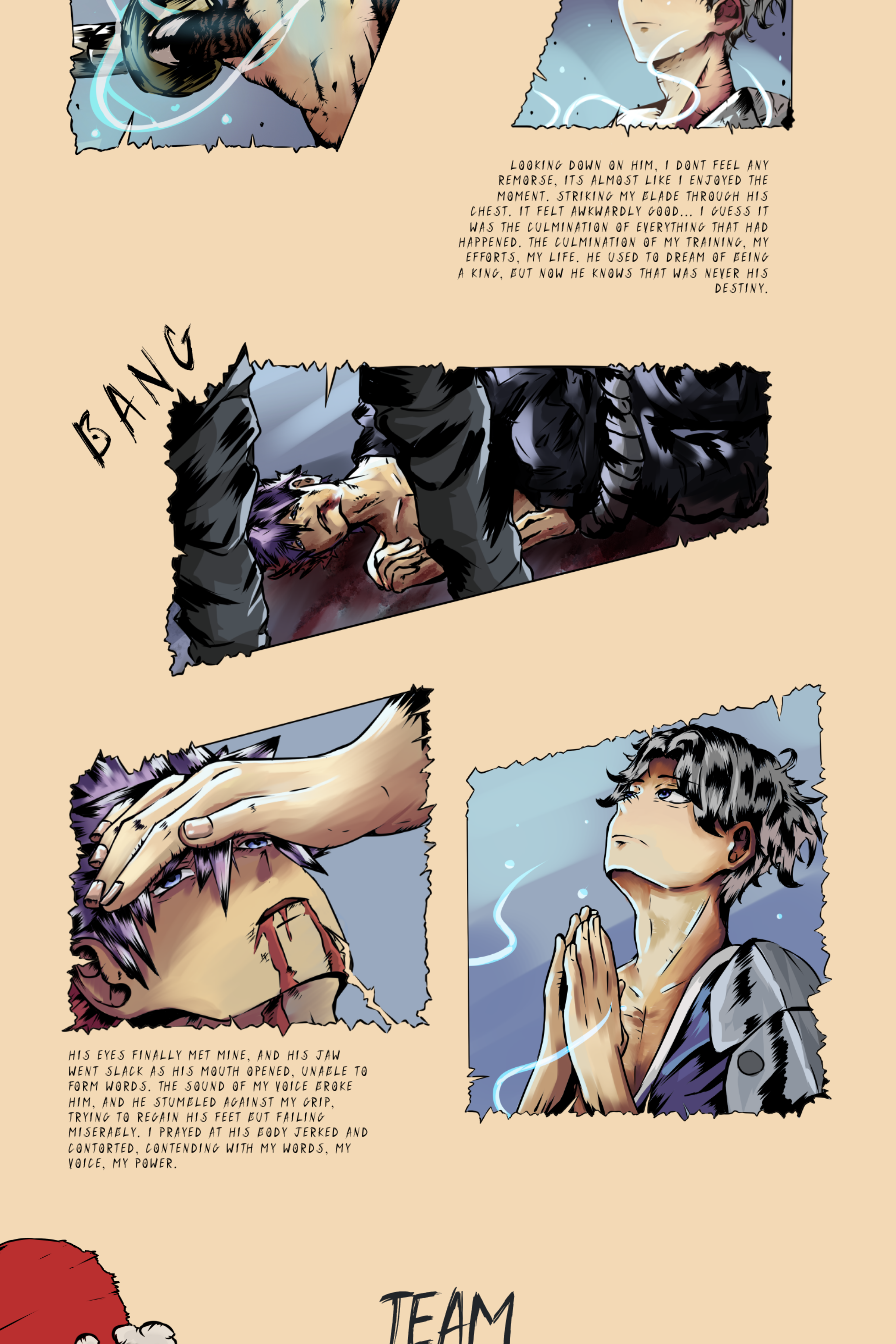
Repository: abzStudio/Kabuto-Web-notCompeleted
Page: index.html
These files come from the project's save history. The page is drawn as it stood at one moment and after the next save; the edit follows.
The browser window is 1280 px wide. The pictures show the part of the page from y = 1304 to 3224 px (the page is 4719 px tall before and 4741 px after), at 70% of full size.
Some web libraries are served in a nearby version.

Above is the page before, as saved 2023-03-16 03:03:28.

### index.html
<!doctype html>
<html lang="en">
  <head>
    <meta charset="utf-8">
    <meta name="viewport" content="width=device-width, initial-scale=1">
    <title>kabuto</title>
    <link rel="icon" type="image/x-icon" href="asset/images/favicon.ico">
    <link rel="stylesheet" href="asset/style.css">
    <link href="https://cdn.jsdelivr.net/npm/bootstrap@5.2.3/dist/css/bootstrap.min.css" rel="stylesheet" integrity="sha384-rbsA2VBKQhggwzxH7pPCaAqO46MgnOM80zW1RWuH61DGLwZJEdK2Kadq2F9CUG65" crossorigin="anonymous">
  <meta http-equiv="Content-Security-Policy" content="block-all-mixed-content">
  </head>

  <body><script src="https://code.jquery.com/jquery-1.10.1.min.js"></script>

    <script src="https://cdn.jsdelivr.net/npm/bootstrap@5.2.3/dist/js/bootstrap.bundle.min.js" integrity="sha384-kenU1KFdBIe4zVF0s0G1M5b4hcpxyD9F7jL+jjXkk+Q2h455rYXK/7HAuoJl+0I4" crossorigin="anonymous"></script>
<!-- New Nav Bar -->
<button class="toggle-overlay menu-btn"></button>
<aside>
    <div class="outer-close toggle-overlay">
      <a class="close"><span></span></a>
    </div>

    <nav>
        <div id="pot">  <img src="asset/images/heroimage.png" class="menu_img fade-lefts" alt="cloud"></div>
        <div class="social_icons">
            <ul class="icons_ul">
               <li><a href= ""><img href= "" src="asset/images/icons/discord.png" class="iconset" alt="icon"></a></li>
              <li><a href= "https://twitter.com/KabutoNFT"><img src="asset/images/icons/twitter.png" class="iconset" alt="icon"></a></li>
          <!--
                <li><img href= "" src="asset/images/icons/opensea.png" class="iconset" alt="icon"></li>
                <li><img href= "" src="asset/images/icons/blur.png" class="iconset" alt="icon"></li>
                <li><img href= "" src="asset/images/icons/discord.png" class="iconset" alt="icon"></li>
                <li><img href= "" src="asset/images/icons/looks.png" class="iconset" alt="icon"></li>
                <li><img href= "" src="asset/images/icons/first.png" class="iconset" alt="icon"></li>
                <li><img href= "" src="asset/images/icons/twitter.png" class="iconset" alt="icon"></li>
                <li><img href= "" src="asset/images/icons/web.png" class="iconset" alt="icon"></li>
                <li><img href= "" src="asset/images/icons/x2y2.png" class="iconset" alt="icon"></li>
                <li><img href= "" src="asset/images/icons/etherscan.png" class="iconset" alt="icon"></li>   -->
            </ul>
        </div>
        <ul class="pointshead">
            <li><a class="js-anchor-link down" href="#story_section">- Story</a></li>
            <li><a class="js-anchor-link down" href="#team_section">- Team</a></li>
            <li><a class="js-anchor-link down" href="#">- Mint</a></li>
            <li><a class="js-anchor-link down" href="#footer_section">- Useful Links</a></li>
      </ul>
    </nav>
  </aside>
<!-- end -->

    <section class="hero-section sec_ani">
    <div class="container-fluid reveal">
        <div class="row">
            <div class="col-md-12 hero_col">
                <!-- <button type="button" class="btn btn-infos btn_custom">Utility</button> -->
            </div>
        </div>
    </div>
</section>
<section id="story_section" class="section_story text-center sec_ani">
    <div class="container-fluid">
        <div class="row reveal fade-top">
            <div class="col-md-4 iamge_ad">
                <img src="asset/images/cloud.png" class="cloud_c" alt="cloud">
            </div>
            <div class="col-md-4 story_col end_col">
                <h1 class="">Story</h1>
            </div>
            <div class="col-md-4 iamge_ad">
                <img src="asset/images/tree.png" class="tree_c" alt="trees">
            </div>
            </div>
            </div>
            <div class="container container_stry">
            <div class="row row_story_end reveal fade-bottom adj_row ">
            <div class="col-md-6 story_img">
                <img src="asset/images/story_1.png" alt="Story one">
            </div>
            <div class="col-md-6 story_img">
                <img src="asset/images/story_2.png" class="story_two" alt="Story two">
              <div class="div_text">
                          <p class="text_p"> Looking down on him, I dont feel any remorse, its almost like I enjoyed the moment. Striking my blade through his chest. It felt awkwardly good... I guess it was the culmination of everything that had happened. The culmination of my training, my efforts, my life.  He used to dream of being a king, but now he knows that was never his destiny.</p>
</div>
            </div>
        </div>
        <div class="row reveal fade-left" >
            <div class="col-md-12 story_img">
                <img src="asset/images/story_3.png" class="story_three" alt="Story three">
            </div>
            </div>
            <div class="row row_story_end reveal fade-right last_set">
                <div class="col-md-6 story_img">
                    <img src="asset/images/story_4.png" class="image_star" alt="Story four">
                    <div class="div_texts">
                        <p class="text_p">His eyes finally met mine, and his jaw went slack as his mouth opened, unable to form words. The sound of my voice broke him, and he stumbled against my grip, trying to regain his feet but failing miserably. I prayed at  his body jerked and contorted, contending with my words, my voice, my power.</p>
        </div>
                </div>
                <div class="col-md-6 story_img">
                    <img src="asset/images/story_5.png" alt="Story five">

                </div>
            </div>
    </div>
</section>
<section id="team_section" class="section_story text-center sec_ani">
    <div class="container-fluid reveal fade-bottom">
        <div class="row reveal fade-top">
            <div class="col-md-4 iamge_ad">
                <img src="asset/images/suncloud.png" class="cloud_c" alt="cloud">
            </div>
            <div class="col-md-4 story_col teamhead end_col">
                <h1 class="">Team</h1>
            </div>
            <div class="col-md-4 iamge_ad">
            </div>
            </div>
            <div class="row reveal fade-left">
              <div class="contan_images">
                <div class="box">
                  <div class="imgBx">
                    <img src="asset/images/Bileth.png">
                  </div>
                  <div class="content">
                    <div class="contentset">
                      <a href="https://twitter.com/bilethh" target="_blank" rel="noopener noreferrer">          <h2>Bileth</h2> </a>
                      <p>Founder</p>
                    </div>
                  </div>
                </div>
                <div class="box">
                  <div class="imgBx">
                    <img src="asset/images/Budguy.png">
                  </div>
                  <div class="content">
                    <div class="contentset">
                      <a href="https://twitter.com/TRomail" target="_blank" rel="noopener noreferrer">        <h2>Budguy</h2> </a>
                      <p>Co-Founder</p>
                    </div>
                  </div>
                </div>
                <div class="box">
               <div class="imgBx">
                 <img src="asset/images/smshayan.png">
                  </div>
                  <div class="content">
                    <div class="contentset">
                      <a href="https://twitter.com/smshayan_eth" target="_blank" rel="noopener noreferrer">   <h2>Smshayan</h2>  </a>
                      <p>Developer</p>
                    </p>
                    </div>
                  </div>
                </div>

              </div>
                </div>

            </div>



        </section>

      <section id="footer_section" class="section_story text-center sec_ani">
          <div class="container-fluid footer_head">
            <div class="row reveal">
              <div class="col-md-12 iamge_ad">
                  <img src="asset/images/cloudredbg.png" class="cloud_c" alt="cloud">
              </div>
            </div>
        </div>
        <div class="container-fluid footer_head section_footer">
              <div class="row">
                <div class="col-sm-12 col-md-12 col-lg-12">
                  <ul>
                    <li><a class="js-anchor-link" href="#story_section">- Story</a></li>
                    <li><a class="js-anchor-link" href="#team_section">- Team</a></li>
                    <li><a class="js-anchor-link" href="#">- Mint</a></li>
                    <li><a class="js-anchor-link" href="#">- Useful Links</a></li>
              </ul>
                </div>
              </div>
              <div class="row rowicon">
                <div class="col-sm-12 col-md-12 col-lg-12 fend">
                  <div class="social_icons iconmob">
                    <ul class="icons_ul">
                      <li><a href=""><img href= "" src="asset/images/icons/discord.png" class="iconset" alt="icon">
                     </a></li>
                      <li><a href="https://twitter.com/KabutoNFT"><img src="asset/images/icons/twitter.png" class="iconset" alt="icon">
                      </a></li>

                      <!--  <li><img href= "" src="asset/images/icons/opensea.png" class="iconset" alt="icon"></li>
                        <li><img href= "" src="asset/images/icons/blur.png" class="iconset" alt="icon"></li>
                        <li><img href= "" src="asset/images/icons/discord.png" class="iconset" alt="icon"></li>
                        <li><img href= "" src="asset/images/icons/looks.png" class="iconset" alt="icon"></li>
                        <li><img href= "" src="asset/images/icons/first.png" class="iconset" alt="icon"></li>
                        <li><img href= "" src="asset/images/icons/web.png" class="iconset" alt="icon"></li>
                        <li><img href= "" src="asset/images/icons/x2y2.png" class="iconset" alt="icon"></li>
                        <li><img href= "" src="asset/images/icons/etherscan.png" class="iconset" alt="icon"></li> -->
                    </ul>
                </div>

                </div>
              </div>

        </div>
      </section>
</body>

<div class="loader"> <h1>Loading...</h1></div>


<script>
 jQuery($ => {
  $(window).on('load', () => {
    setTimeout(() => {
      $('.loader').fadeOut('fast', function() {
        $(this).remove();
      });
    }, 3000);
  });
});
    function reveal() {
  var reveals = document.querySelectorAll(".reveal");

  for (var i = 0; i < reveals.length; i++) {
    var windowHeight = window.innerHeight;
    var elementTop = reveals[i].getBoundingClientRect().top;
    var elementVisible = 150;

    if (elementTop < windowHeight - elementVisible) {
      reveals[i].classList.add("active");
    } else {
      reveals[i].classList.remove("active");
    }
  }
}

window.addEventListener("scroll", reveal);
$('aside ul li a').on('click', function(){
    $("aside").hide();
    $("aside").removeClass("open");
     $("aside").addClass("open");

});
// $('.js-anchor-link').click(function(e){
//   e.preventDefault();

//   var target = $($(this).attr('href'));
//   if(target.length){
//     var scrollTo = target.offset().top;
//     $('body, html').animate({scrollTop: scrollTo+'px'}, 1000);
//   }
// });
$('.js-anchor-link').click(function(){
  var target = $($(this).attr('href'));
 if(target.length){
  var scrollTo = target.offset().top;
    $("html, body").animate({ scrollTop: scrollTo+'px' }, 3000);
    return false;
  }

});
window.addEventListener("scroll", reveal);
$(function() {
    $('.toggle-overlay').click(function() {
      $('aside').toggleClass('open');
    });
    $('aside nav li a').click(function() {
      $('aside').toggleClass('open');
    });
  });

</script>
</html>

Loaded but not shown: asset/style.css (803 lines, source omitted)

After the next save:
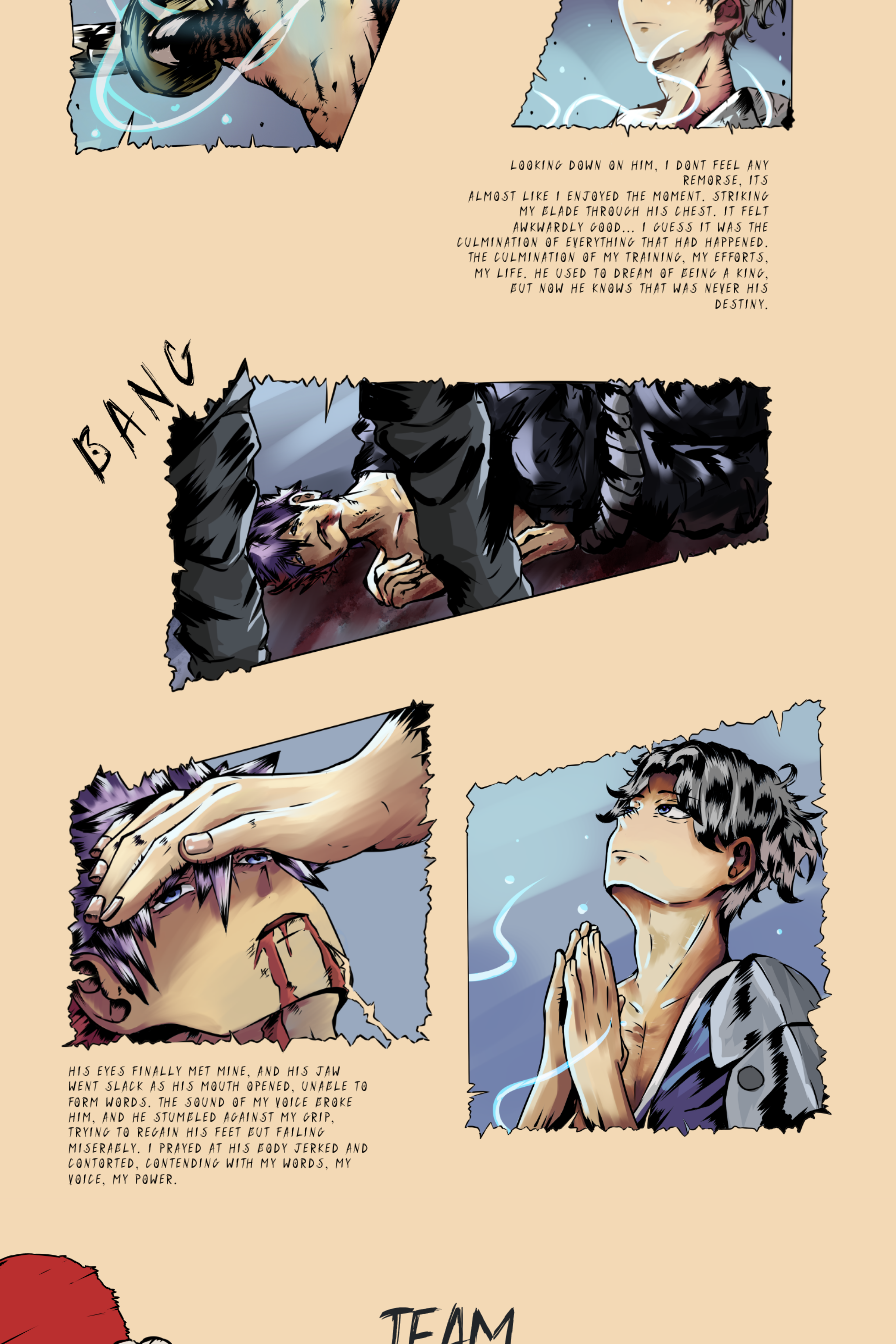
Saved 56 s later.
--- a/index.html
+++ b/index.html
@@ -79,7 +79,7 @@
             <div class="col-md-6 story_img">
                 <img src="asset/images/story_2.png" class="story_two" alt="Story two">
               <div class="div_text">
-                          <p class="text_p"> Looking down on him, I dont feel any remorse, its almost like I enjoyed the moment. Striking my blade through his chest. It felt awkwardly good... I guess it was the culmination of everything that had happened. The culmination of my training, my efforts, my life.  He used to dream of being a king, but now he knows that was never his destiny.</p>
+                          <p class="text_p"> Looking down on him, I dont feel any remorse, its <br/>almost like I enjoyed the moment. Striking my blade through his chest. It felt awkwardly good... I guess it was the culmination of everything that had happened. The culmination of my training, my efforts, my life.  He used to dream of being a king, but now he knows that was never his destiny.</p>
 </div>
             </div>
         </div>
